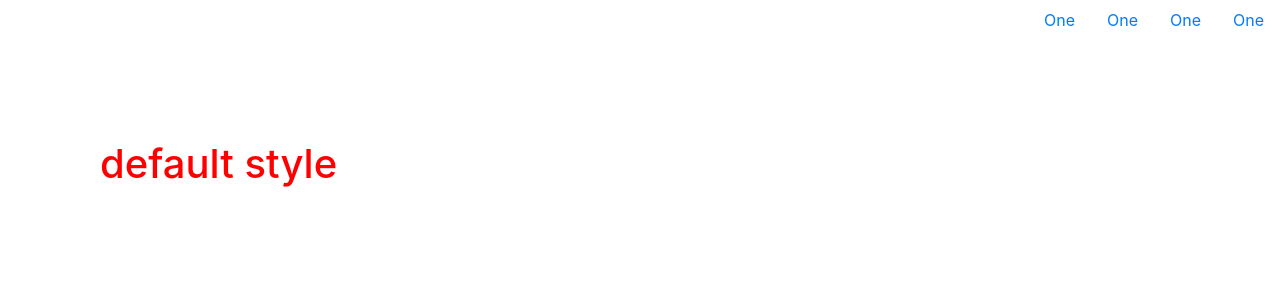
Repository: Green-Technologies-Angular/HTML
Page: index.html
The author's editor kept a copy of each file at every save. The page is drawn from the files as they stood at one save, then again after the next save.
The browser window is 1280 px wide. The pictures show the whole page.
Some web libraries are served in a nearby version.

Above is the page before, as saved 2019-01-29 10:21:31.

After the next save:
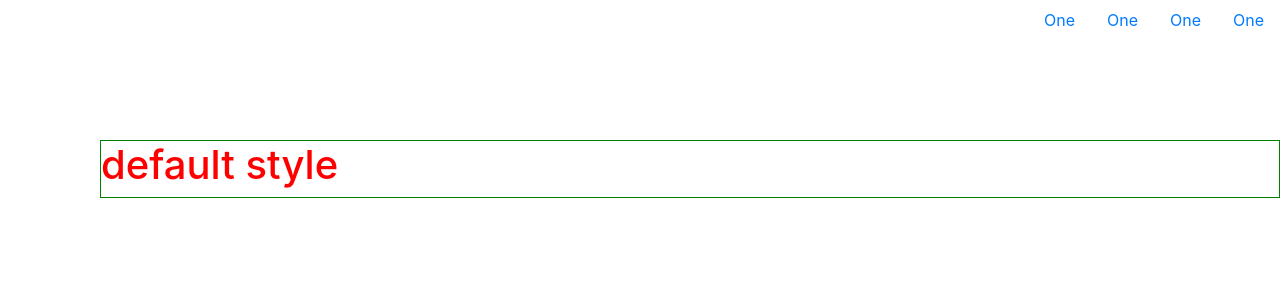
Saved 24 s later.
--- a/index.html
+++ b/index.html
@@ -10,6 +10,7 @@
                 color:red;
                 margin-top:100px;
                 margin-left:100px;
+                border:1px solid green;
             }
         </style>
 </head>
